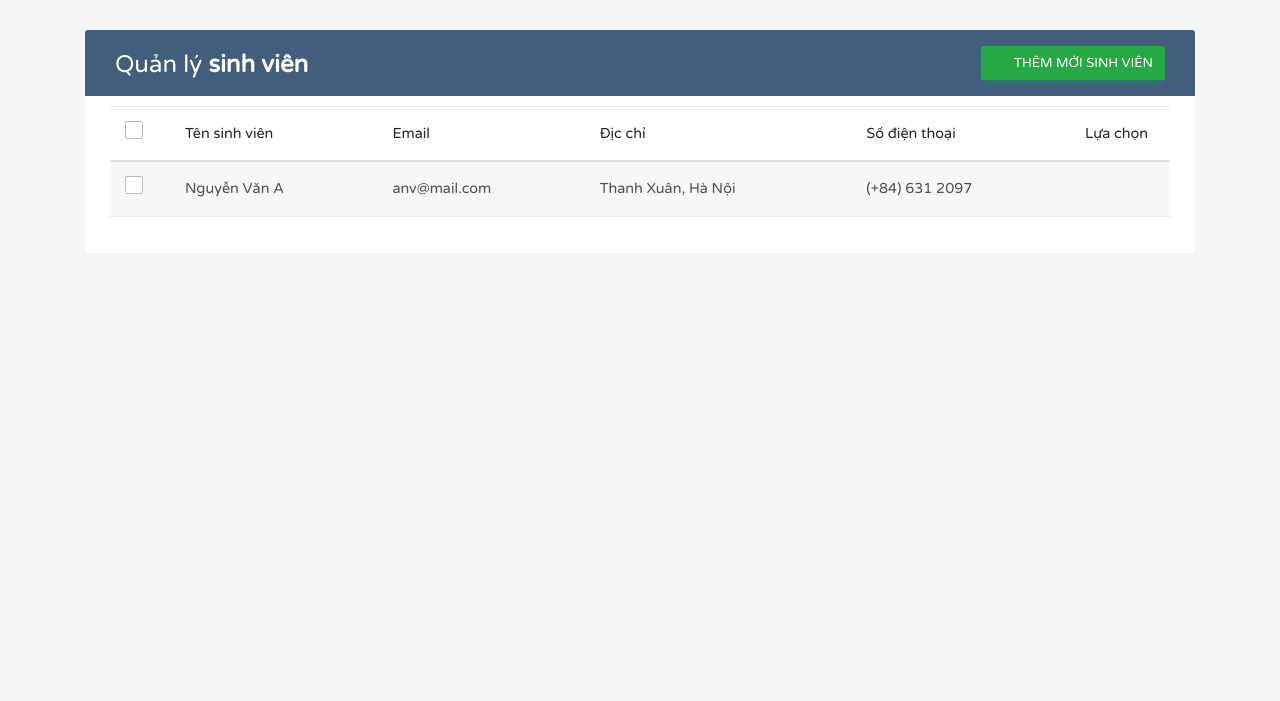
Repository: TinhTT336/MD02_Session06
Page: /
An editor plug-in stored every save of this project. The page is shown before and after the next save, followed by the edit.
The browser window is 1280 px wide. The pictures show the whole page.
Some web libraries are served in a nearby version. The project was rebuilt for these pictures with package versions that can differ from the ones it lists, and the page was loaded fresh each time. Also part of the build but not shown: vite.config.js, src/mini_project/TodoList.jsx, src/mini_project/Todo.jsx, src/base/Input.jsx, src/base/Radio.jsx, src/base/Checkbox.jsx, src/Homework/AddModal.jsx, src/Homework/DeleteModal.jsx and 4 more.

Above is the page before, as saved 2023-09-03 22:03:46.

### index.html
<!doctype html>
<html lang="en">

<head>
  <meta charset="UTF-8" />
  <link rel="icon" type="image/svg+xml" href="/vite.svg" />
  <meta name="viewport" content="width=device-width, initial-scale=1.0" />
  <title>Vite + React</title>
  <link href="https://cdnjs.cloudflare.com/ajax/libs/font-awesome/6.0.0/css/all.min.css" rel="stylesheet" />
  <link href="https://fonts.googleapis.com/css?family=Roboto:300,400,500,700&display=swap" rel="stylesheet" />
  <link href="https://cdnjs.cloudflare.com/ajax/libs/mdb-ui-kit/6.2.0/mdb.min.css" rel="stylesheet" />
  <link rel="stylesheet" href="https://fonts.googleapis.com/css?family=Roboto|Varela+Round">
  <link rel="stylesheet" href="https://stackpath.bootstrapcdn.com/bootstrap/4.5.0/css/bootstrap.min.css">
  <link rel="stylesheet" href="https://fonts.googleapis.com/icon?family=Material+Icons">
  <link rel="stylesheet" href="https://maxcdn.bootstrapcdn.com/font-awesome/4.7.0/css/font-awesome.min.css">
  <link rel="stylesheet" href="./public/css/index.css">

</head>

<body>
  <div id="root"></div>
  <script type="module" src="/src/main.jsx"></script>
</body>

</html>

### public/css/index.css
body {
	color: #566787;
	background: #f5f5f5;
	font-family: 'Varela Round', sans-serif;
	font-size: 13px;
}

.table-responsive {
	margin: 30px 0;
}

.table-wrapper {
	background: #fff;
	padding: 20px 25px;
	border-radius: 3px;
	min-width: 1000px;
	box-shadow: 0 1px 1px rgba(0, 0, 0, .05);
}

.table-title {
	padding-bottom: 15px;
	background: #435d7d;
	color: #fff;
	padding: 16px 30px;
	min-width: 100%;
	margin: -20px -25px 10px;
	border-radius: 3px 3px 0 0;
}

.table-title h2 {
	margin: 5px 0 0;
	font-size: 24px;
}

.table-title .btn-group {
	float: right;
}

.table-title .btn {
	color: #fff;
	float: right;
	font-size: 13px;
	border: none;
	min-width: 50px;
	border-radius: 2px;
	border: none;
	outline: none !important;
	margin-left: 10px;
}

.table-title .btn i {
	float: left;
	font-size: 21px;
	margin-right: 5px;
}

.table-title .btn span {
	float: left;
	margin-top: 2px;
}

table.table tr th,
table.table tr td {
	border-color: #e9e9e9;
	padding: 12px 15px;
	vertical-align: middle;
}

table.table tr th:first-child {
	width: 60px;
}

table.table tr th:last-child {
	width: 100px;
}

table.table-striped tbody tr:nth-of-type(odd) {
	background-color: #fcfcfc;
}

table.table-striped.table-hover tbody tr:hover {
	background: #f5f5f5;
}

table.table th i {
	font-size: 13px;
	margin: 0 5px;
	cursor: pointer;
}

table.table td:last-child i {
	opacity: 0.9;
	font-size: 22px;
	margin: 0 5px;
}

table.table td a {
	font-weight: bold;
	color: #566787;
	display: inline-block;
	text-decoration: none;
	outline: none !important;
}

table.table td a:hover {
	color: #2196F3;
}

table.table td a.edit {
	color: #FFC107;
}

table.table td a.delete {
	color: #F44336;
}

table.table td i {
	font-size: 19px;
}

table.table .avatar {
	border-radius: 50%;
	vertical-align: middle;
	margin-right: 10px;
}

.pagination {
	float: right;
	margin: 0 0 5px;
}

.pagination li a {
	border: none;
	font-size: 13px;
	min-width: 30px;
	min-height: 30px;
	color: #999;
	margin: 0 2px;
	line-height: 30px;
	border-radius: 2px !important;
	text-align: center;
	padding: 0 6px;
}

.pagination li a:hover {
	color: #666;
}

.pagination li.active a,
.pagination li.active a.page-link {
	background: #03A9F4;
}

.pagination li.active a:hover {
	background: #0397d6;
}

.pagination li.disabled i {
	color: #ccc;
}

.pagination li i {
	font-size: 16px;
	padding-top: 6px
}

.hint-text {
	float: left;
	margin-top: 10px;
	font-size: 13px;
}

/* Custom checkbox */
.custom-checkbox {
	position: relative;
}

.custom-checkbox input[type="checkbox"] {
	opacity: 0;
	position: absolute;
	margin: 5px 0 0 3px;
	z-index: 9;
}

.custom-checkbox label:before {
	width: 18px;
	height: 18px;
}

.custom-checkbox label:before {
	content: '';
	margin-right: 10px;
	display: inline-block;
	vertical-align: text-top;
	background: white;
	border: 1px solid #bbb;
	border-radius: 2px;
	box-sizing: border-box;
	z-index: 2;
}

.custom-checkbox input[type="checkbox"]:checked+label:after {
	content: '';
	position: absolute;
	left: 6px;
	top: 3px;
	width: 6px;
	height: 11px;
	border: solid #000;
	border-width: 0 3px 3px 0;
	transform: inherit;
	z-index: 3;
	transform: rotateZ(45deg);
}

.custom-checkbox input[type="checkbox"]:checked+label:before {
	border-color: #03A9F4;
	background: #03A9F4;
}

.custom-checkbox input[type="checkbox"]:checked+label:after {
	border-color: #fff;
}

.custom-checkbox input[type="checkbox"]:disabled+label:before {
	color: #b8b8b8;
	cursor: auto;
	box-shadow: none;
	background: #ddd;
}

/* Modal styles */
.modal .modal-dialog {
	max-width: 400px;
}

.modal .modal-header,
.modal .modal-body,
.modal .modal-footer {
	padding: 20px 30px;
}

.modal .modal-content {
	border-radius: 3px;
	font-size: 14px;
}

.modal .modal-footer {
	background: #ecf0f1;
	border-radius: 0 0 3px 3px;
}

.modal .modal-title {
	display: inline-block;
}

.modal .form-control {
	border-radius: 2px;
	box-shadow: none;
	border-color: #dddddd;
}

.modal textarea.form-control {
	resize: vertical;
}

.modal .btn {
	border-radius: 2px;
	min-width: 100px;
}

.modal form label {
	font-weight: normal;
}

### src/App.jsx
import { useState } from "react";
import reactLogo from "./assets/react.svg";
import viteLogo from "/vite.svg";
import "./App.css";
import TodoList from "./mini_project/TodoList";
import Todo from "./mini_project/Todo";
import Input from "./base/Input";
import Radio from "./base/Radio";
import Checkbox from "./base/Checkbox";
import Index from "./Homework/Index";
import Index_Manager from "./ManagerStudent/Index_Manager";

function App() {
  const [count, setCount] = useState(0);

  return (
    <>
      {/* <TodoList /> */}
      {/* <Todo /> */}
      {/* <Input /> */}
      {/* <Radio /> */}
      {/* <Checkbox /> */}
      {/* <Index /> */}
      <Index_Manager />
    </>
  );
}

export default App;

### src/ManagerStudent/Index_Manager.jsx
import React from 'react'
import ListStudent from './ListStudent'

export default function Index_Manager() {
    return (
        <div>
            <ListStudent />
        </div>
    )
}

### src/ManagerStudent/ListStudent.jsx
import React, { useState } from 'react'

export default function ListStudent() {
    const [showAdd, setShowAdd] = useState(false);
    // ham hien form add
    const handleShowAdd = () => {
        setShowAdd(true);
    }
    // ham xoa form add
    const handleCloseAdd = () => {
        setShowAdd(false);
    }
    return (
        <div>
            <div className="container-xl">
                <div className="table-responsive">
                    <div className="table-wrapper">
                        <div className="table-title">
                            <div className="row">
                                <div className="col-sm-6">
                                    <h2>
                                        Quản lý <b>sinh viên</b>
                                    </h2>
                                </div>
                                <div className="col-sm-6">
                                    <a onClick={handleShowAdd}
                                        className="btn
                              btn-success"
                                    >
                                        <i className="material-icons"></i>
                                        <span>Thêm mới sinh viên</span>
                                    </a>
                                </div>
                            </div>
                        </div>
                        <table className="table table-striped table-hover">
                            <thead>
                                <tr>
                                    <th>
                                        <span className="custom-checkbox">
                                            <input type="checkbox" id="selectAll" />
                                            <label htmlFor="selectAll" />
                                        </span>
                                    </th>
                                    <th>Tên sinh viên</th>
                                    <th>Email</th>
                                    <th>Địc chỉ</th>
                                    <th>Số điện thoại</th>
                                    <th>Lựa chọn</th>
                                </tr>
                            </thead>
                            <tbody>
                                <tr>
                                    <td>
                                        <span className="custom-checkbox">
                                            <input
                                                type="checkbox"
                                                id="checkbox5"
                                                name="options[]"
                                                defaultValue={1}
                                            />
                                            <label htmlFor="checkbox5" />
                                        </span>
                                    </td>
                                    <td>Nguyễn Văn A</td>
                                    <td>anv@mail.com</td>
                                    <td>Thanh Xuân, Hà Nội</td>
                                    <td>(+84) 631 2097</td>
                                    <td>
                                        <a href="#editEmployeeModal" className="edit" data-toggle="modal">
                                            <i
                                                className="material-icons"
                                                data-toggle="tooltip"
                                                title="Edit"
                                            >
                                                
                                            </i>
                                        </a>
                                        <a
                                            href="#deleteEmployeeModal"
                                            className="delete"
                                            data-toggle="modal"
                                        >
                                            <i
                                                className="material-icons"
                                                data-toggle="tooltip"
                                                title="Delete"
                                            >
                                                
                                            </i>
                                        </a>
                                    </td>
                                </tr>

                            </tbody>
                        </table>

                    </div>
                </div>
            </div>

        </div>
    )
}

### src/App.css
.modal {
  position: fixed;
  top: 0;
  left: 0;
  right: 0;
  bottom: 0;
  background-color: rgba(0, 0, 0, 0.6);
  z-index: 1050;
  display: block !important;
  width: 100%;
  height: 100%;
  overflow: hidden;
  outline: 0;
}

.fade:not(.show) {
  opacity: 1;
}

.modal-dialog {
  margin-top: 150px;
}

### src/ManagerStudent/AddModal.jsx
import React from 'react'

export default function AddModal() {
    return (
        <div>
            <div id="addEmployeeModal" className="modal fade">
                <div className="modal-dialog">
                    <div className="modal-content">
                        <form>
                            <div className="modal-header">
                                <h4 className="modal-title">Thêm mới sinh viên</h4>
                                <button
                                    type="button"
                                    className="close"
                                    data-dismiss="modal"
                                    aria-hidden="true"
                                >
                                    ×
                                </button>
                            </div>
                            <div className="modal-body">
                                <div className="form-group">
                                    <label>Tên sinh viên</label>
                                    <input type="text" className="form-control" required="" />
                                </div>
                                <div className="form-group">
                                    <label>Email</label>
                                    <input type="email" className="form-control" required="" />
                                </div>
                                <div className="form-group">
                                    <label>Địa chỉ</label>
                                    <textarea className="form-control" required="" defaultValue={""} />
                                </div>
                                <div className="form-group">
                                    <label>Số điện thoại</label>
                                    <input type="text" className="form-control" required="" />
                                </div>
                            </div>
                            <div className="modal-footer">
                                <input
                                    type="button"
                                    className="btn btn-default"
                                    data-dismiss="modal"
                                    defaultValue="Cancel"
                                />
                                <input type="submit" className="btn btn-success" defaultValue="Add" />
                            </div>
                        </form>
                    </div>
                </div>
            </div>

        </div>
    )
}

Loaded but not shown: src/main.jsx (common file)

After the next save:
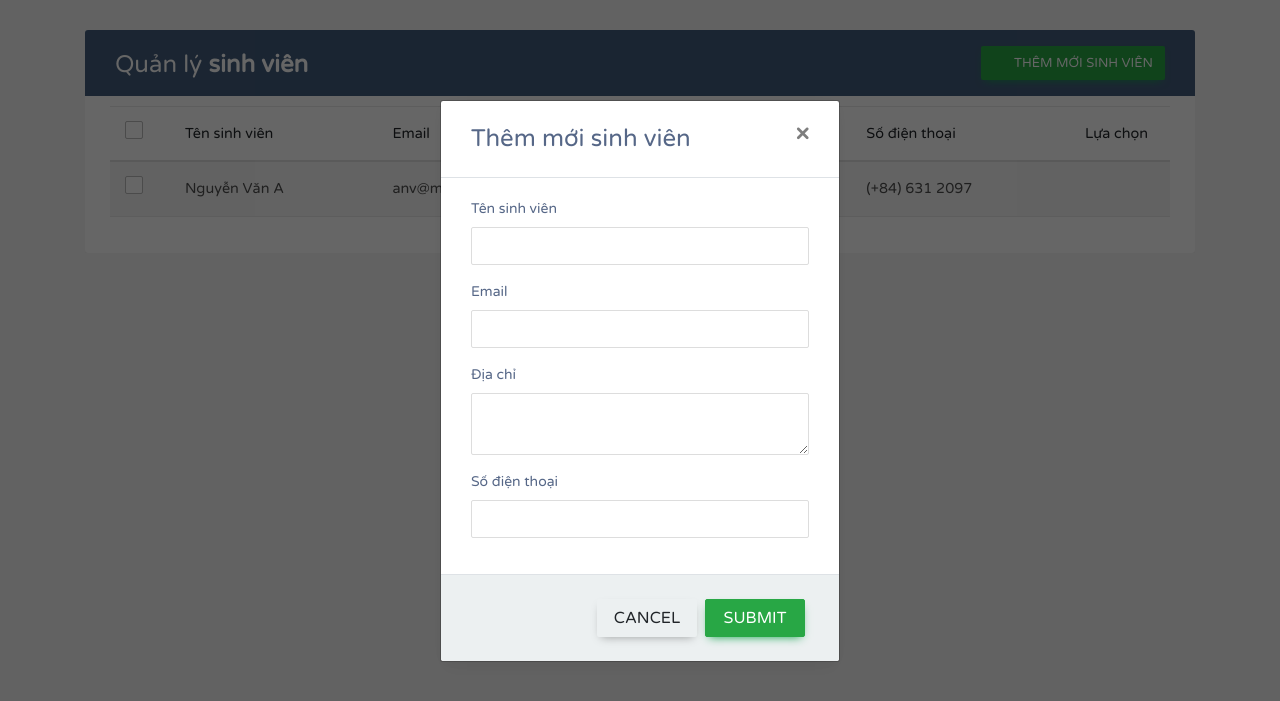
Saved 38 s later.
--- a/src/ManagerStudent/ListStudent.jsx
+++ b/src/ManagerStudent/ListStudent.jsx
@@ -1,4 +1,5 @@
 import React, { useState } from 'react'
+import AddModal from './AddModal';
 
 export default function ListStudent() {
     const [showAdd, setShowAdd] = useState(false);
@@ -12,6 +13,7 @@
     }
     return (
         <div>
+            {setShowAdd ? (<AddModal />) : (<></>)}
             <div className="container-xl">
                 <div className="table-responsive">
                     <div className="table-wrapper">

After the save that followed:
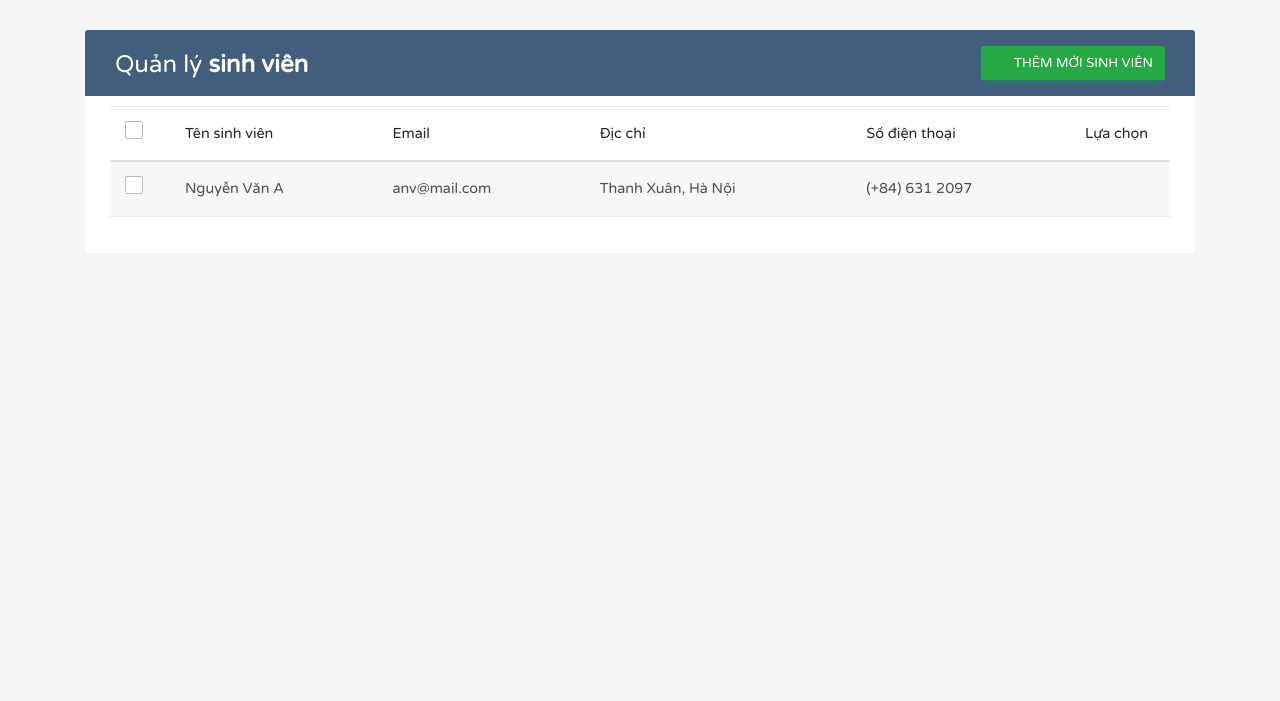
Saved 70 s later.
--- a/src/ManagerStudent/ListStudent.jsx
+++ b/src/ManagerStudent/ListStudent.jsx
@@ -13,7 +13,7 @@
     }
     return (
         <div>
-            {setShowAdd ? (<AddModal />) : (<></>)}
+            {setShowAdd === true ? (<AddModal />) : (<></>)}
             <div className="container-xl">
                 <div className="table-responsive">
                     <div className="table-wrapper">
